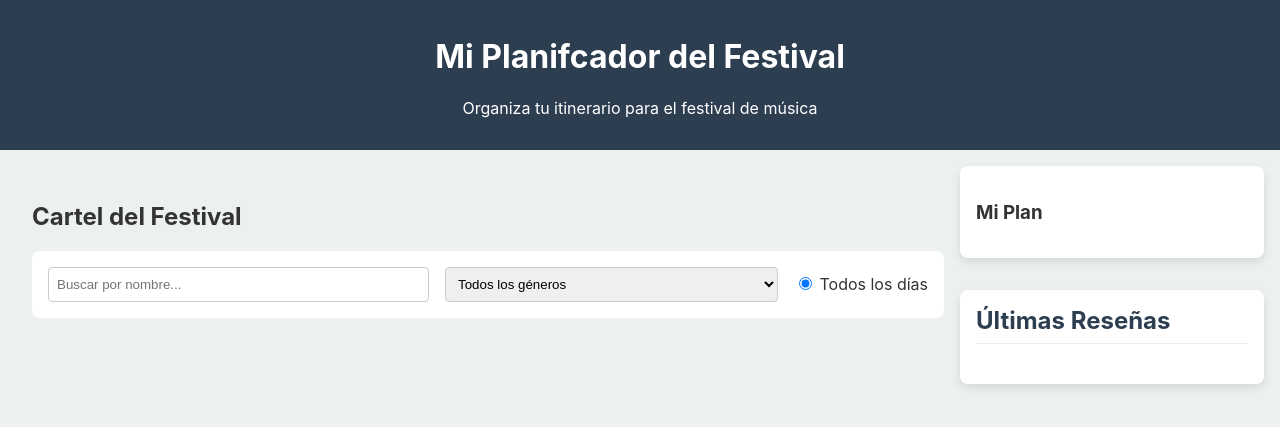
Repository: covaa15/DWEC
Page: Examen12_12_2025/index.html
These files come from the project's save history. The page is drawn as it stood at one moment and after the next save; the edit follows.
The browser window is 1280 px wide. The pictures show the whole page.

Above is the page before, as saved 2025-12-12 10:44:41.

After the next save:
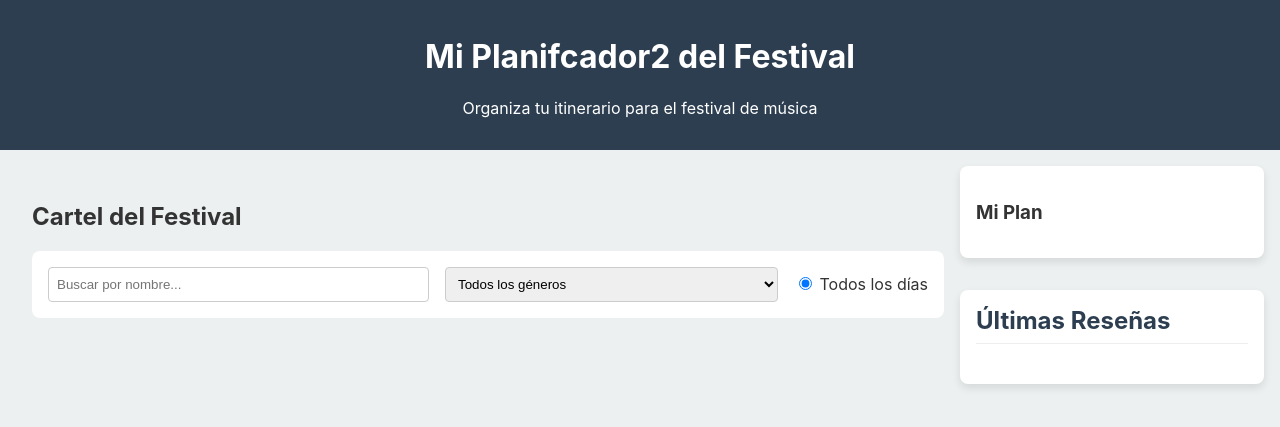
Saved 17 min 58 s later.
--- a/Examen12_12_2025/index.html
+++ b/Examen12_12_2025/index.html
@@ -9,7 +9,7 @@
 <body>
     <!-- Encabezado principal de la aplicación -->
     <header>
-        <h1>Mi Planifcador del Festival</h1>
+        <h1>Mi Planifcador2 del Festival</h1>
         <p>Organiza tu itinerario para el festival de música</p>
     </header>
 
